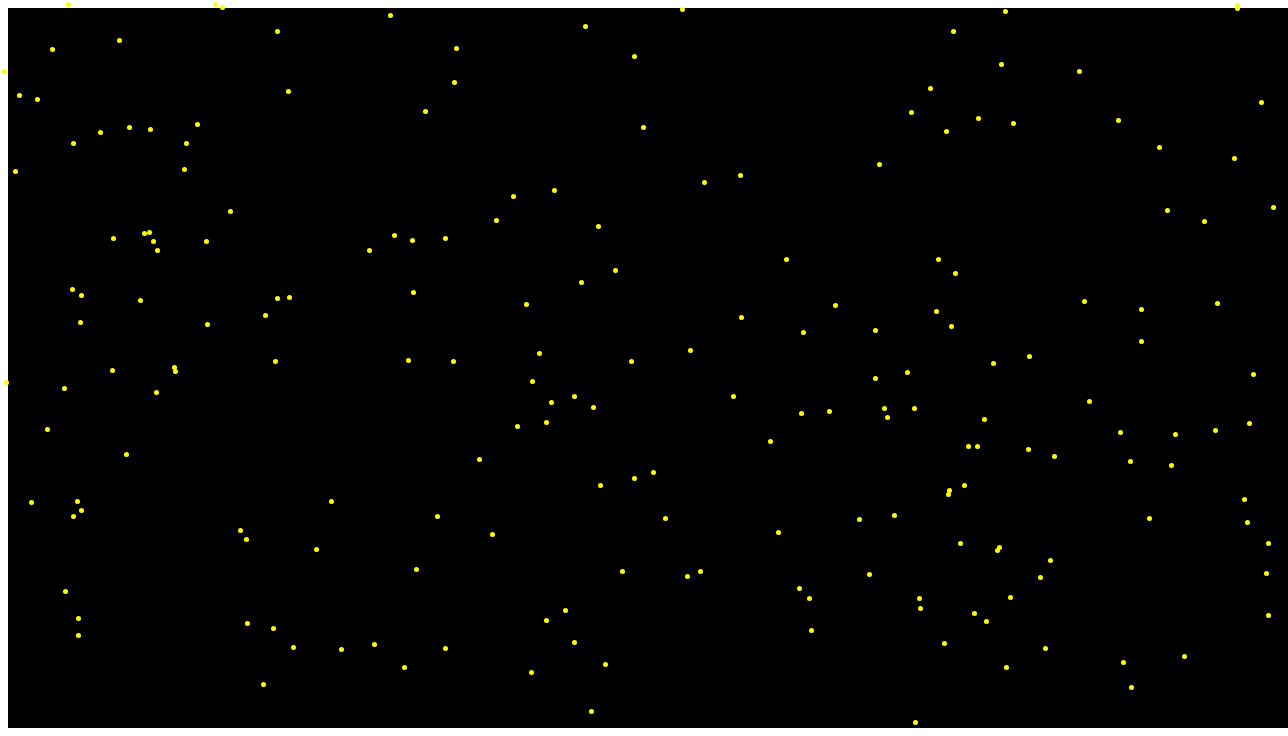
Repository: kamiour/Mouseeffect3
Page: index.html
These files come from the project's save history. The page is drawn as it stood at one moment and after the next save; the edit follows.
The browser window is 1280 px wide. The page is 1288 px wide, so the pictures cover 1288 px, including what lies to the right of the window. The pictures show the whole page.

Above is the page before, as saved 2019-11-03 15:52:37.

### index.html
<html !DOCTYPE>
<head>
  <title>Nice effect</title>
  <link rel="stylesheet" href="styles.css">
</head>
<body>
  <div id="one"></div>
  <script src="https://code.jquery.com/jquery-3.3.1.min.js"></script>
  <script src="js.js"></script>
</body>
</html>

### styles.css
#one {
  height: 100vh;
  width: 100vw;
  background: black;
}

.move {
  position: absolute;
  height: 5px;
  width: 5px;
  border-radius: 50%;
  background: yellow;
}

### js.js
let number = 200;

for (let i = 0; i < number; i++) {
	$("#one").append( '<div id="move-'+i+'" class="move"></div>')
}

let elementsArr = $(".move");

for (let i = 0; i < elementsArr.length; i++) {
  elementsArr[i].style.left = (window.innerWidth * Math.random());
  elementsArr[i].style.top = (window.innerHeight * Math.random());
  elementsArr[i].style.transitionDuration = (8 * (Math.random() + 0.1))+'s';
  /*elementsArr[i].style.backgroundColor = 'rgb('+Math.floor((Math.random() * 255) + 1)+','+Math.floor((Math.random() * 255) + 1)+','+Math.floor((Math.random() * 255) + 1)+')';*/
}

$(window).mousemove(function(event) {
  for (let i = 0; i < elementsArr.length; i++) {
    elementsArr[i].style.left = (event.pageX);
    elementsArr[i].style.top = (event.pageY);
  }
});

After the next save:
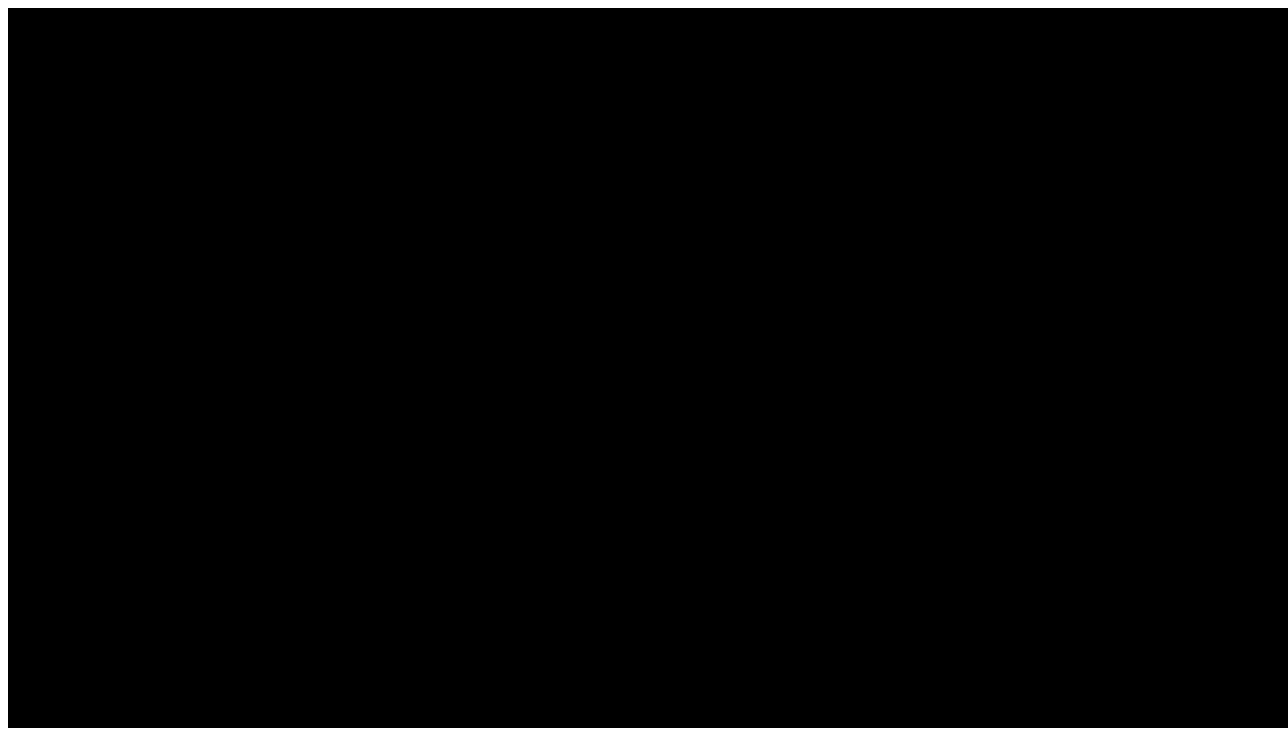
Saved 20 s later.
--- a/styles.css
+++ b/styles.css
@@ -9,5 +9,4 @@
   height: 5px;
   width: 5px;
   border-radius: 50%;
-  background: yellow;
-}
+s}
